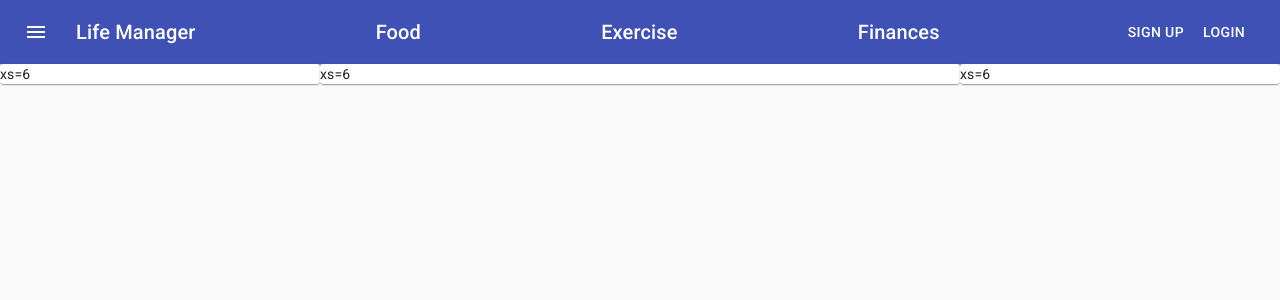
Repository: DaNiels89/lifemanagerreact
Page: /profile
These files come from the project's save history. The page is drawn as it stood at one moment and after the next save; the edit follows.
The browser window is 1280 px wide. The pictures show the whole page.
The project was rebuilt for these pictures with package versions that can differ from the ones it lists, and the page was loaded fresh each time.

Above is the page before, as saved 2020-03-13 15:08:27.

### public/index.html
<!DOCTYPE html>
<html lang="en">
  <head>
    <meta charset="utf-8" />
    <link rel="icon" href="%PUBLIC_URL%/favicon.ico" />
    <meta name="viewport" content="width=device-width, initial-scale=1" />
    <meta name="theme-color" content="#000000" />
    <meta
      name="description"
      content="Web site created using create-react-app"
    />
    <link rel="apple-touch-icon" href="%PUBLIC_URL%/logo192.png" />
    <link rel="manifest" href="%PUBLIC_URL%/manifest.json" />
    <title>Life Manager</title>
  </head>
  <body>
    <noscript>You need to enable JavaScript to run this app.</noscript>
    <div id="root"></div>
  </body>
</html>

### src/App.js
import React from 'react';
import Header from './components/layout/Header';

import CssBaseline from '@material-ui/core/CssBaseline';
import 'typeface-roboto';
import Grid from '@material-ui/core/Grid';
import Paper from '@material-ui/core/Paper';
import Typography from '@material-ui/core/Typography';
import { makeStyles } from '@material-ui/core/styles';
import './App.css';

const useStyles = makeStyles({
  main: {
    width: '100%'
  }
});

export default function App() {
  const classes = useStyles();

  return (
    <React.Fragment>
      <CssBaseline />
      <div className={classes.main}>
        <Header />
        <Grid container spacing={12}>
          <Grid item xs={3}>
            <Paper className={classes.paper}>xs=6</Paper>
          </Grid>
          <Grid item xs={6}>
            <Paper className={classes.paper}>xs=6</Paper>
          </Grid>
          <Grid item xs={3}>
            <Paper className={classes.paper}>xs=6</Paper>
          </Grid>
        </Grid>
      </div>
    </React.Fragment>
  );
}

### src/components/layout/Header.js
import React from 'react';
import { makeStyles } from '@material-ui/core/styles';
import AppBar from '@material-ui/core/AppBar';
import Toolbar from '@material-ui/core/Toolbar';
import Link from '@material-ui/core/Link';
import Typography from '@material-ui/core/Typography';
import Button from '@material-ui/core/Button';
import IconButton from '@material-ui/core/IconButton';
import MenuIcon from '@material-ui/icons/Menu';

const useStyles = makeStyles(theme => ({
  header: {
    flexGrow: 1
  },
  menuButton: {
    marginRight: theme.spacing(2)
  },
  title: {
    flexGrow: 1
  }
}));

export default function Header() {
  const classes = useStyles();
  const preventDefault = event => event.preventDefault();

  return (
    <div className={classes.header}>
      <AppBar position="static">
        <Toolbar>
          <IconButton
            edge="start"
            className={classes.menuButton}
            color="inherit"
            aria-label="menu"
          >
            <MenuIcon />
          </IconButton>
          <Typography variant="h6" className={classes.title}>
            <Link href="/" onClick={preventDefault} color="inherit">
              Life Manager
            </Link>
          </Typography>
          <Typography variant="h6" className={classes.title}>
            <Link href="/" onClick={preventDefault} color="inherit">
              Food
            </Link>
          </Typography>
          <Typography variant="h6" className={classes.title}>
            <Link href="/" onClick={preventDefault} color="inherit">
              Exercise
            </Link>
          </Typography>
          <Typography variant="h6" className={classes.title}>
            <Link href="/" onClick={preventDefault} color="inherit">
              Finances
            </Link>
          </Typography>
          <Button color="inherit">Sign up</Button>
          <Button color="inherit">Login</Button>
        </Toolbar>
      </AppBar>
    </div>
  );
}

Loaded but not shown: src/index.js (common file); src/App.css (common file)

After the next save:
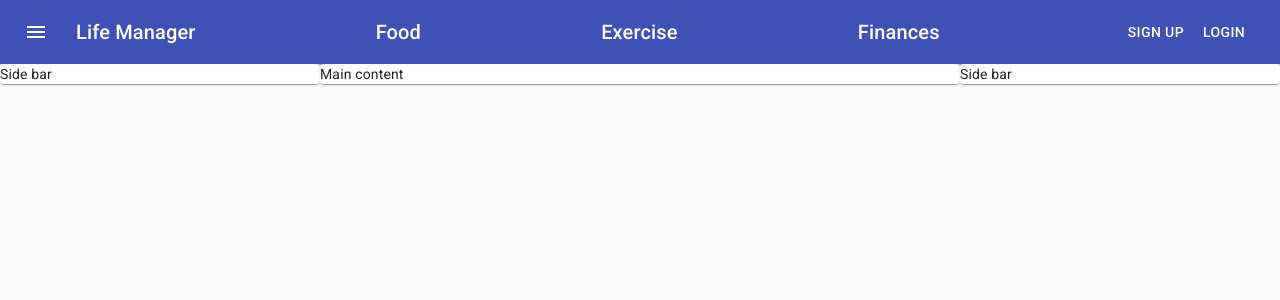
Saved 3 min 16 s later.
--- a/src/App.js
+++ b/src/App.js
@@ -25,13 +25,13 @@ export default function App() {
         <Header />
         <Grid container spacing={12}>
           <Grid item xs={3}>
-            <Paper className={classes.paper}>xs=6</Paper>
+            <Paper className={classes.paper}>Side bar</Paper>
           </Grid>
           <Grid item xs={6}>
-            <Paper className={classes.paper}>xs=6</Paper>
+            <Paper className={classes.paper}>Main content</Paper>
           </Grid>
           <Grid item xs={3}>
-            <Paper className={classes.paper}>xs=6</Paper>
+            <Paper className={classes.paper}>Side bar</Paper>
           </Grid>
         </Grid>
       </div>
